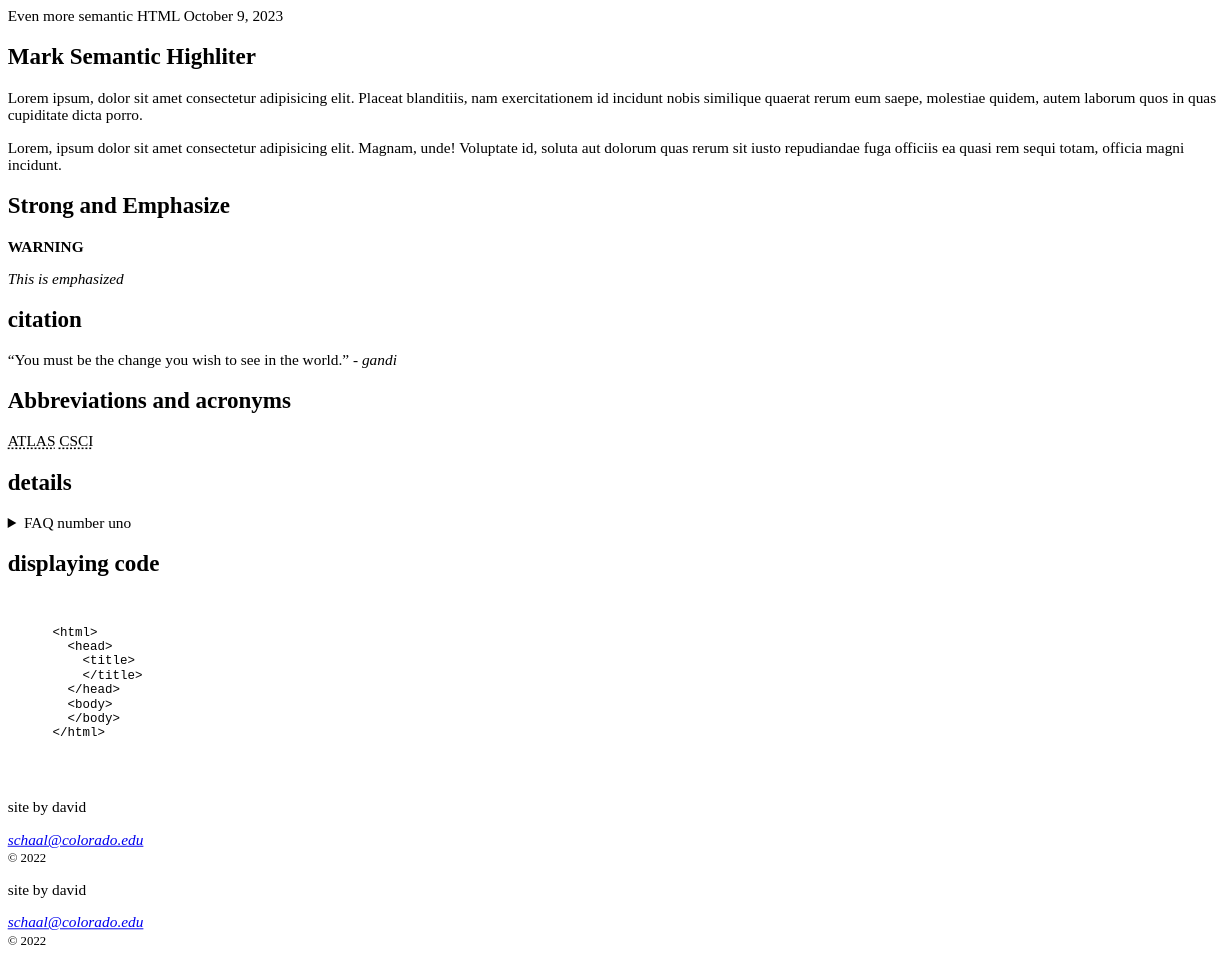
Repository: ethan-schrauf/UniversalDesignWebsite
Page: Universal Design In-Class/specific-semantic-html5.html
An editor plug-in stored every save of this project. The page is shown before and after the next save, followed by the edit.
The browser window is 1280 px wide. The pictures show the whole page, at 96% of full size.

Above is the page before, as saved 2023-10-09 16:49:04.

After the next save:
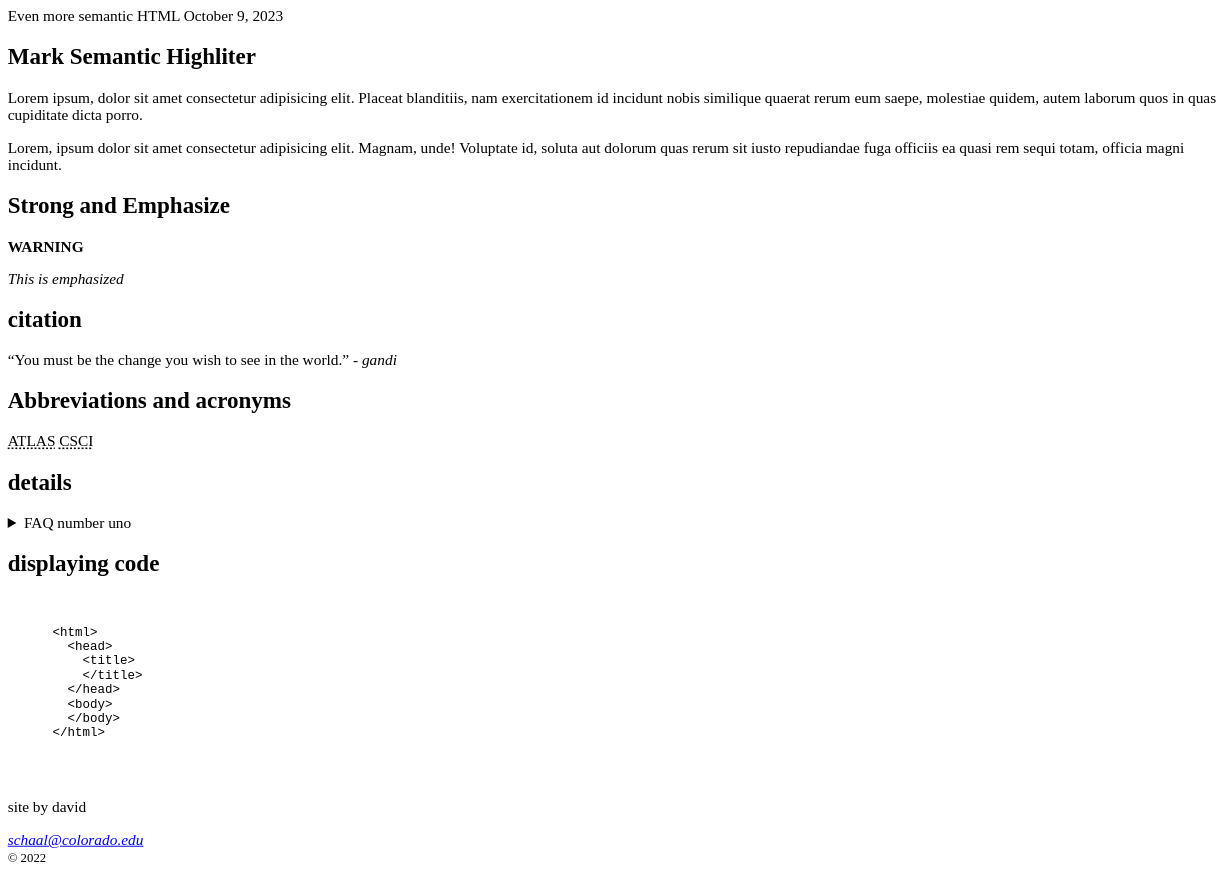
Saved 33 s later.
--- a/Universal Design In-Class/specific-semantic-html5.html
+++ b/Universal Design In-Class/specific-semantic-html5.html
@@ -64,13 +64,6 @@
           </section>
 
             </main>
-  <footer>
-    <p> site by david
-    <address>
-      <a href="mailto:schaal@colorado.edu"> schaal@colorado.edu</a>
-    </address>
-    <small>&copy; 2022</small>
-  </footer>
 
     </main>
     <footer>
